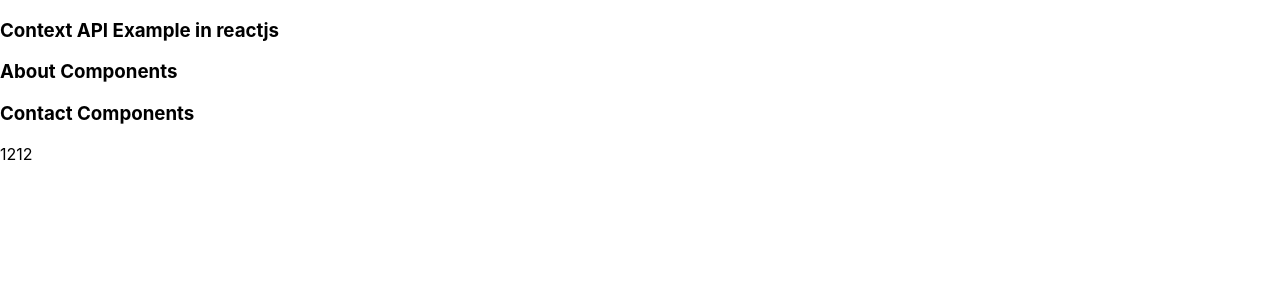
Repository: lalji-yadav/React-Context-API
Page: /a
An editor plug-in stored every save of this project. The page is shown before and after the next save, followed by the edit.
The browser window is 1280 px wide. The pictures show the whole page.
The project was rebuilt for these pictures with package versions that can differ from the ones it lists, and the page was loaded fresh each time. Also part of the build but not shown: src/App.css, src/components/C.js, src/components/A.js, src/components/D.js, src/components/B.js.

Above is the page before, as saved 2021-02-10 17:59:40.

### src/App.js
import  React,{ useState } from 'react';
import './App.css';
import A from "./components/A";
import B from "./components/B";
import Home from "./context/home";


export const ThemeContext = React.createContext()

function App() {

  const [data, setData] = useState({
    name: "Lalji Yadav Kamasin",
    mob:"1212",
    email:'58418694'
  })

  return (
    <div>
      <h3> Context API Example in reactjs  </h3>
      {/* <p> {data.name} </p>
      <p onClick={()=>setData({name: "Anubhav"})} >{data.name}</p>

      <A name="Yadav"/>

      <ThemeContext.Provider value="dark">
        <B />
      </ThemeContext.Provider> */}

      <ThemeContext.Provider value={data}>
        <Home />
      </ThemeContext.Provider>



    </div>
  );
}

export default App;

### src/context/home.js
import React, { Component } from 'react';
import About from "./about";


 export const MyContext = React.createContext()

class Home extends Component {

    // constructor() {
    //     super();
    //    this.state={
    //         name:"Lalji Yadav Kamasin"
    //       }
    // }
    state={
        name:"Lalji Yadav Kamasin",
        mob:"1212",
        email:'58418694'
      }

    render() {
        return (
            <div>
               <MyContext.Provider name={this.state}>
                   <About />
                </MyContext.Provider>

            </div>
        );
    }
}

export default Home;

### src/context/about.js
import React, { Component } from 'react';
import Contact from "./contact";

class About extends Component {
    render() {
        return (
            <div>
                <h3> About Components </h3>
                <Contact />
            </div>
        );
    }
}

export default About;

### src/context/contact.js
import React, { Component } from 'react';
import { ThemeContext } from "../App";

class Contact extends Component {
    render() {
        return (
            <div>
                <h3> Contact Components </h3>
                <ThemeContext.Consumer>
                    {value=><p>{value.mob}</p>}
                </ThemeContext.Consumer>
            </div>
        );
    }
}

export default Contact;

Loaded but not shown: public/index.html (common file); src/index.js (common file); src/index.css (common file); src/reportWebVitals.js (common file)

After the next save:
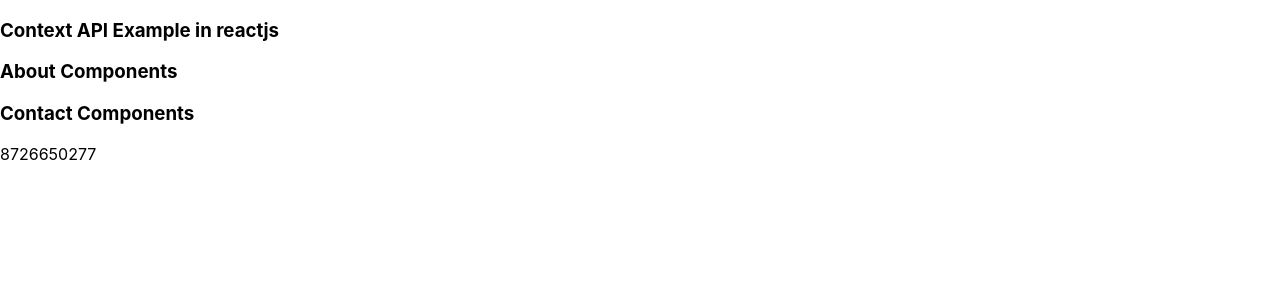
Saved 20 s later.
--- a/src/App.js
+++ b/src/App.js
@@ -11,7 +11,7 @@ function App() {
 
   const [data, setData] = useState({
     name: "Lalji Yadav Kamasin",
-    mob:"1212",
+    mob:"8726650277",
     email:'58418694'
   })
 
